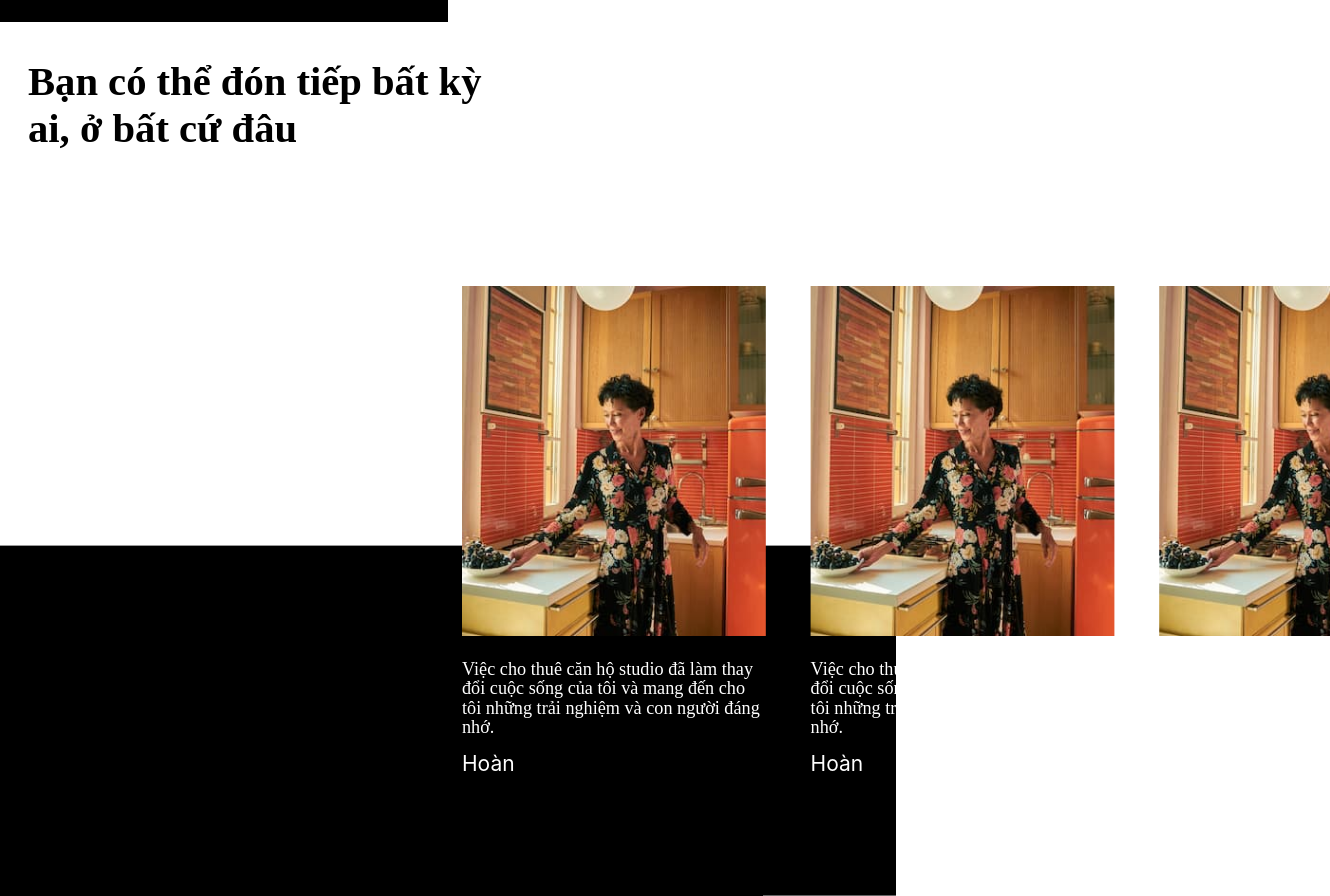
Repository: HoanTiny/AirbnbClone
Page: page3.html
These files come from the project's save history. The page is drawn as it stood at one moment and after the next save; the edit follows.
The browser window is 1280 px wide. The page is 1900 px wide, so the pictures cover 1900 px, including what lies to the right of the window. The pictures show the part of the page from y = 688 to 1968 px (the page is 1968 px tall), at 70% of full size.
Pictures or frames that could not be fetched are drawn as grey boxes.

Above is the page before, as saved 2021-09-13 11:33:12.

### page3.html
<!DOCTYPE html>
<html lang="en">
    <head>
        <meta charset="UTF-8" />
        <meta http-equiv="X-UA-Compatible" content="IE=edge" />
        <meta name="viewport" content="width=device-width, initial-scale=1.0" />
        <link rel="stylesheet" href="./acess/css/mainpage3.css" />
        <link rel="stylesheet" href="./acess/css/gird.css" />
        <link rel="stylesheet" href="./acess/css/base.css" />
        <link rel="stylesheet" href="./acess/css/reponsive.css" />
        <link
            rel="stylesheet"
            href="./acess/font/fontawesome-free-5.15.3-web/css/all.min.css"
        />
        <title>Cho thuê nhà</title>
    </head>
    <body>
        <div class="app-p3">
            <div class="banner">
                <div class="banner__left">
                    <div class="banner__left-img">
                        <svg
                            width="30"
                            height="32"
                            fill="currentcolor"
                            color="#fff"
                            style="display: block"
                        >
                            <path
                                d="M29.24 22.68c-.16-.39-.31-.8-.47-1.15l-.74-1.67-.03-.03c-2.2-4.8-4.55-9.68-7.04-14.48l-.1-.2c-.25-.47-.5-.99-.76-1.47-.32-.57-.63-1.18-1.14-1.76a5.3 5.3 0 00-8.2 0c-.47.58-.82 1.19-1.14 1.76-.25.52-.5 1.03-.76 1.5l-.1.2c-2.45 4.8-4.84 9.68-7.04 14.48l-.06.06c-.22.52-.48 1.06-.73 1.64-.16.35-.32.73-.48 1.15a6.8 6.8 0 007.2 9.23 8.38 8.38 0 003.18-1.1c1.3-.73 2.55-1.79 3.95-3.32 1.4 1.53 2.68 2.59 3.95 3.33A8.38 8.38 0 0022.75 32a6.79 6.79 0 006.75-5.83 5.94 5.94 0 00-.26-3.5zm-14.36 1.66c-1.72-2.2-2.84-4.22-3.22-5.95a5.2 5.2 0 01-.1-1.96c.07-.51.26-.96.52-1.34.6-.87 1.65-1.41 2.8-1.41a3.3 3.3 0 012.8 1.4c.26.4.45.84.51 1.35.1.58.06 1.25-.1 1.96-.38 1.7-1.5 3.74-3.21 5.95zm12.74 1.48a4.76 4.76 0 01-2.9 3.75c-.76.32-1.6.41-2.42.32-.8-.1-1.6-.36-2.42-.84a15.64 15.64 0 01-3.63-3.1c2.1-2.6 3.37-4.97 3.85-7.08.23-1 .26-1.9.16-2.73a5.53 5.53 0 00-.86-2.2 5.36 5.36 0 00-4.49-2.28c-1.85 0-3.5.86-4.5 2.27a5.18 5.18 0 00-.85 2.21c-.13.84-.1 1.77.16 2.73.48 2.11 1.78 4.51 3.85 7.1a14.33 14.33 0 01-3.63 3.12c-.83.48-1.62.73-2.42.83a4.76 4.76 0 01-5.32-4.07c-.1-.8-.03-1.6.29-2.5.1-.32.25-.64.41-1.02.22-.52.48-1.06.73-1.6l.04-.07c2.16-4.77 4.52-9.64 6.97-14.41l.1-.2c.25-.48.5-.99.76-1.47.26-.51.54-1 .9-1.4a3.32 3.32 0 015.09 0c.35.4.64.89.9 1.4.25.48.5 1 .76 1.47l.1.2c2.44 4.77 4.8 9.64 7 14.41l.03.03c.26.52.48 1.1.73 1.6.16.39.32.7.42 1.03.19.9.29 1.7.19 2.5z"
                            ></path>
                        </svg>
                    </div>
                    <div class="banner__left-conttent">
                        <h1 class="banner__left-heading">
                            Đón tiếp khách làm nên linh hồn của Airbnb
                        </h1>
                        <button class="banner__left-btn">
                            Thử đón tiếp khách
                        </button>
                    </div>
                    <i class="fas fa-chevron-down banner__left-icon"></i>
                </div>
                <div class="banner-right">
                    <video
                        id="video"
                        src="./acess/img/Cho thuê nhà trên Airbnb.webm"
                        class="banner__right-video"
                        autoplay
                        crossorigin="anonymous"
                        playsinline
                        preload="auto"
                        aria-label="Chelsea, Chủ nhà ở Philadelphia, mỉm cười khi mở cửa. Soraya, Chủ nhà ở Mumbai, mỉm cười khi mở cửa trước cùng một người khác ở bên cạnh. Mohamed, Chủ nhà ở Johannesburg, mỉm cười khi mở cửa. Maria, Chủ nhà ở Mexico City, gật đầu mỉm cười khi mang cây đi."
                    ></video>
                </div>
            </div>
            <div class="content">
                <div class="content__heading">
                    <div class="grid wide">
                        <h2 class="content__heading-top">
                            Bạn có thể đón tiếp bất kỳ ai, ở bất cứ đâu
                        </h2>
                    </div>
                    <div class="grid wide">
                        <div class="content__home">
                            <div class="home__img">
                                <div class="home__img-home__product">
                                    <img src="./acess/img/home-p3.jpg" class="img content__home-img"></img>
                                </div>
                                <div class="home__img-home__product-text">
                                    <p class="home__img-text">Việc cho thuê căn hộ studio đã làm thay đổi cuộc sống của tôi và mang đến cho tôi những trải nghiệm và con người đáng nhớ.</p>
                                    <p class="home__img-text-end">Hoàn</p>
                                </div>
                            </div>
                            <div class="home__img">
                                <div class="home__img-home__product">
                                    <img src="./acess/img/home-p3.jpg" class="img content__home-img"></img>
                                </div>
                                <div class="home__img-home__product-text">
                                    <p class="home__img-text">Việc cho thuê căn hộ studio đã làm thay đổi cuộc sống của tôi và mang đến cho tôi những trải nghiệm và con người đáng nhớ.</p>
                                    <p class="home__img-text-end">Hoàn</p>
                                </div>
                            </div>
                            <div class="home__img">
                                <div class="home__img-product-img">
                                    <img src="./acess/img/home-p3.jpg" class="img content__home-img"></img>
                                </div>
                                <div class="home__img-product-text">
                                    <p class="home__img-text">Việc cho thuê căn hộ studio đã làm thay đổi cuộc sống của tôi và mang đến cho tôi những trải nghiệm và con người đáng nhớ.</p>
                                    <p class="home__img-text-end">Hoàn</p>
                                </div>
                            </div>
                            <div class="home__img">
                                <div class="home__img-home__product">
                                    <img src="./acess/img/home-p3.jpg" class="img content__home-img"></img>
                                </div>
                                <div class="home__img-home__product-text">
                                    <p class="home__img-text">Việc cho thuê căn hộ studio đã làm thay đổi cuộc sống của tôi và mang đến cho tôi những trải nghiệm và con người đáng nhớ.</p>
                                    <p class="home__img-text-end">Hoàn</p>
                                </div>
                            </div>
                        </div>
                    </div>
                </div>
                <div class="content__search"></div>
            </div>
        </div>
        <script>
            var videoPlayer = document.getElementById("video");
            // Auto play, half volume.
            videoPlayer.play();
            videoPlayer.volume = 0.5;

            // Play / pause.
            videoPlayer.addEventListener("click", function () {
                if (videoPlayer.paused == false) {
                    videoPlayer.pause();
                    videoPlayer.firstChild.nodeValue = "Play";
                } else {
                    videoPlayer.play();
                    videoPlayer.firstChild.nodeValue = "Pause";
                }
            });
        </script>
    </body>
</html>

### acess/css/mainpage3.css
body {
    margin: 0;
}

.banner {
    height: 100vh;
    display: flex;
    justify-content: center;
}
.banner__left {
    width: 50%;
    background-color: #000;
    position: relative;
}
.banner__left-img {
    padding: 24px;
}
.banner__left-conttent {
    display: flex;
    flex-direction: column;
    align-items: center;
    justify-content: center;
    position: absolute;
    top: 50%;
    left: 50%;
    transform: translate(-50%, -50%);
    width: fit-content;
}
.banner__left-heading {
    color: #fff;
    text-align: center;
    font-size: 6.8rem;
    line-height: 7rem;
    padding: 12px 24px;
    font-weight: 500;
}
.banner__left-btn {
    padding: 18px 32px;
    font-size: 1.8rem;
    border-radius: 12px;
    background-image: linear-gradient(
        to right,
        rgb(229, 29, 80),
        rgb(220, 14, 100)
    );
    color: var(--white-color);
    border: none;
    cursor: pointer;
}

.banner__left-icon {
    color: var(--white-color);
    position: absolute;
    bottom: 32px;
    font-size: 1.5rem;
    left: 50%;
    padding: 12px;
    margin-left: -12px;
    border-radius: 50%;
    cursor: pointer;
}

.banner__left-icon:hover {
    background-color: #999;
}

.banner-right {
    width: 50%;
}

.banner__right-video {
    object-fit: cover;
    object-position: center top;
    width: 100%;
    height: 100%;
}

.content__heading {
    position: relative;
    height: 700px;
}

.content__heading-top {
    margin-top: 48px;
    font-size: 5.8rem;
    line-height: 6.8rem;
    text-align: left;
    width: 60%;
}

.content__home {
    position: absolute;
    bottom: -50%;
    max-width: 100%;
    overflow-x: auto;
    flex-wrap: nowrap;
    display: flex;
    transform: translate(50%);
}

.content__home::-webkit-scrollbar {
    display: none;
}

.home__img {
    flex-shrink: 0;
    width: 35%;
    margin-right: 64px;
}

.home__img-product-text {
    margin-top: 24px;
}

.home__img-text {
    color: var(--white-color);
    font-size: 2.6rem;
    line-height: 2.8rem;
}

.home__img-text-end {
    color: var(--white-color);
    font-size: 3rem;
    font-family: -apple-system, BlinkMacSystemFont, "Segoe UI", Roboto,
        sans-serif;
}

.content__home-img {
    width: 100%;
    height: 100%;
    object-fit: cover;
}

.content__search {
    background-color: #000;
    height: 500px;
}

### acess/css/gird.css
.grid {
    width: 100%;
    display: block;
    padding: 0;
}

.grid.wide {
    max-width: 1200px;
    margin: 0 auto;
}

.row {
    display: flex;
    flex-wrap: wrap;
    margin-left: -8px;
    margin-right: -8px;
}

.row.no-gutters {
    margin-left: 0;
    margin-right: 0;
}

.col {
    padding-left: 12px;
    padding-right: 12px;
}

.row.no-gutters .col {
    padding-left: 0;
    padding-right: 0;
}

.c-0 {
    display: none;
}

.c-1 {
    flex: 0 0 8.33333%;
    max-width: 8.33333%;
}

.c-2 {
    flex: 0 0 16.66667%;
    max-width: 16.66667%;
}

.c-3 {
    flex: 0 0 25%;
    max-width: 25%;
}

.c-4 {
    flex: 0 0 33.33333%;
    max-width: 33.33333%;
}

.c-5 {
    flex: 0 0 41.66667%;
    max-width: 41.66667%;
}

.c-6 {
    flex: 0 0 50%;
    max-width: 50%;
}

.c-7 {
    flex: 0 0 58.33333%;
    max-width: 58.33333%;
}

.c-8 {
    flex: 0 0 66.66667%;
    max-width: 66.66667%;
}

.c-9 {
    flex: 0 0 75%;
    max-width: 75%;
}

.c-10 {
    flex: 0 0 83.33333%;
    max-width: 83.33333%;
}

.c-11 {
    flex: 0 0 91.66667%;
    max-width: 91.66667%;
}

.c-12 {
    flex: 0 0 100%;
    max-width: 100%;
}

.c-o-1 {
    margin-left: 8.33333%;
}

.c-o-2 {
    margin-left: 16.66667%;
}

.c-o-3 {
    margin-left: 25%;
}

.c-o-4 {
    margin-left: 33.33333%;
}

.c-o-5 {
    margin-left: 41.66667%;
}

.c-o-6 {
    margin-left: 50%;
}

.c-o-7 {
    margin-left: 58.33333%;
}

.c-o-8 {
    margin-left: 66.66667%;
}

.c-o-9 {
    margin-left: 75%;
}

.c-o-10 {
    margin-left: 83.33333%;
}

.c-o-11 {
    margin-left: 91.66667%;
}

/* >= Tablet */
@media (min-width: 740px) {
    .row {
        margin-left: -4px;
        margin-right: -4px;
    }

    .col {
        padding-left: 4px;
        padding-right: 4px;
    }

    .m-0 {
        display: none;
    }

    .m-1,
    .m-2,
    .m-3,
    .m-4,
    .m-5,
    .m-6,
    .m-7,
    .m-8,
    .m-9,
    .m-10,
    .m-11,
    .m-12 {
        display: block;
    }

    .m-1 {
        flex: 0 0 8.33333%;
        max-width: 8.33333%;
    }

    .m-2 {
        flex: 0 0 16.66667%;
        max-width: 16.66667%;
    }

    .m-3 {
        flex: 0 0 25%;
        max-width: 25%;
    }

    .m-4 {
        flex: 0 0 33.33333%;
        max-width: 33.33333%;
    }

    .m-5 {
        flex: 0 0 41.66667%;
        max-width: 41.66667%;
    }

    .m-6 {
        flex: 0 0 50%;
        max-width: 50%;
    }

    .m-7 {
        flex: 0 0 58.33333%;
        max-width: 58.33333%;
    }

    .m-8 {
        flex: 0 0 66.66667%;
        max-width: 66.66667%;
    }

    .m-9 {
        flex: 0 0 75%;
        max-width: 75%;
    }

    .m-10 {
        flex: 0 0 83.33333%;
        max-width: 83.33333%;
    }

    .m-11 {
        flex: 0 0 91.66667%;
        max-width: 91.66667%;
    }

    .m-12 {
        flex: 0 0 100%;
        max-width: 100%;
    }

    .m-o-1 {
        margin-left: 8.33333%;
    }

    .m-o-2 {
        margin-left: 16.66667%;
    }

    .m-o-3 {
        margin-left: 25%;
    }

    .m-o-4 {
        margin-left: 33.33333%;
    }

    .m-o-5 {
        margin-left: 41.66667%;
    }

    .m-o-6 {
        margin-left: 50%;
    }

    .m-o-7 {
        margin-left: 58.33333%;
    }

    .m-o-8 {
        margin-left: 66.66667%;
    }

    .m-o-9 {
        margin-left: 75%;
    }

    .m-o-10 {
        margin-left: 83.33333%;
    }

    .m-o-11 {
        margin-left: 91.66667%;
    }
}

/* PC medium resolution > */
@media (min-width: 1113px) {
    .row {
        margin-left: -12px;
        margin-right: -12px;
    }

    .row.sm-gutter {
        margin-left: -5px;
        margin-right: -5px;
    }

    .col {
        padding-left: 12px;
        padding-right: 12px;
    }

    .row.sm-gutter .col {
        padding-left: 5px;
        padding-right: 5px;
    }

    .l-0 {
        display: none;
    }

    .l-1,
    .l-2,
    .l-2-4,
    .l-3,
    .l-4,
    .l-5,
    .l-6,
    .l-7,
    .l-8,
    .l-9,
    .l-10,
    .l-11,
    .l-12 {
        display: block;
    }

    .l-1 {
        flex: 0 0 8.33333%;
        max-width: 8.33333%;
    }

    .l-2 {
        flex: 0 0 16.66667%;
        max-width: 16.66667%;
    }

    .l-2-4 {
        flex: 0 0 20%;
        max-width: 20%;
    }

    .l-3 {
        flex: 0 0 25%;
        max-width: 25%;
    }

    .l-4 {
        flex: 0 0 33.33333%;
        max-width: 33.33333%;
    }

    .l-5 {
        flex: 0 0 41.66667%;
        max-width: 41.66667%;
    }

    .l-6 {
        flex: 0 0 50%;
        max-width: 50%;
    }

    .l-7 {
        flex: 0 0 58.33333%;
        max-width: 58.33333%;
    }

    .l-8 {
        flex: 0 0 66.66667%;
        max-width: 66.66667%;
    }

    .l-9 {
        flex: 0 0 75%;
        max-width: 75%;
    }

    .l-10 {
        flex: 0 0 83.33333%;
        max-width: 83.33333%;
    }

    .l-11 {
        flex: 0 0 91.66667%;
        max-width: 91.66667%;
    }

    .l-12 {
        flex: 0 0 100%;
        max-width: 100%;
    }

    .l-o-1 {
        margin-left: 8.33333%;
    }

    .l-o-2 {
        margin-left: 16.66667%;
    }

    .l-o-3 {
        margin-left: 25%;
    }

    .l-o-4 {
        margin-left: 33.33333%;
    }

    .l-o-5 {
        margin-left: 41.66667%;
    }

    .l-o-6 {
        margin-left: 50%;
    }

    .l-o-7 {
        margin-left: 58.33333%;
    }

    .l-o-8 {
        margin-left: 66.66667%;
    }

    .l-o-9 {
        margin-left: 75%;
    }

    .l-o-10 {
        margin-left: 83.33333%;
    }

    .l-o-11 {
        margin-left: 91.66667%;
    }
}

/* Tablet - PC low resolution */
@media (min-width: 740px) and (max-width: 1023px) {
    .wide {
        width: 644px;
    }
}

/* > PC low resolution */
@media (min-width: 1024px) and (max-width: 1239px) {
    .wide {
        width: 984px;
    }

    .wide .row {
        margin-left: -12px;
        margin-right: -12px;
    }

    .wide .row.sm-gutter {
        margin-left: -5px;
        margin-right: -5px;
    }

    .wide .col {
        padding-left: 12px;
        padding-right: 12px;
    }

    .wide .row.sm-gutter .col {
        padding-left: 5px;
        padding-right: 5px;
    }

    .wide .l-0 {
        display: none;
    }

    .wide .l-1,
    .wide .l-2,
    .wide .l-2-4,
    .wide .l-3,
    .wide .l-4,
    .wide .l-5,
    .wide .l-6,
    .wide .l-7,
    .wide .l-8,
    .wide .l-9,
    .wide .l-10,
    .wide .l-11,
    .wide .l-12 {
        display: block;
    }

    .wide .l-1 {
        flex: 0 0 8.33333%;
        max-width: 8.33333%;
    }

    .wide .l-2 {
        flex: 0 0 16.66667%;
        max-width: 16.66667%;
    }

    .wide .l-2-4 {
        flex: 0 0 20%;
        max-width: 20%;
    }

    .wide .l-3 {
        flex: 0 0 25%;
        max-width: 25%;
    }

    .wide .l-4 {
        flex: 0 0 33.33333%;
        max-width: 33.33333%;
    }

    .wide .l-5 {
        flex: 0 0 41.66667%;
        max-width: 41.66667%;
    }

    .wide .l-6 {
        flex: 0 0 50%;
        max-width: 50%;
    }

    .wide .l-7 {
        flex: 0 0 58.33333%;
        max-width: 58.33333%;
    }

    .wide .l-8 {
        flex: 0 0 66.66667%;
        max-width: 66.66667%;
    }

    .wide .l-9 {
        flex: 0 0 75%;
        max-width: 75%;
    }

    .wide .l-10 {
        flex: 0 0 83.33333%;
        max-width: 83.33333%;
    }

    .wide .l-11 {
        flex: 0 0 91.66667%;
        max-width: 91.66667%;
    }

    .wide .l-12 {
        flex: 0 0 100%;
        max-width: 100%;
    }

    .wide .l-o-1 {
        margin-left: 8.33333%;
    }

    .wide .l-o-2 {
        margin-left: 16.66667%;
    }

    .wide .l-o-3 {
        margin-left: 25%;
    }

    .wide .l-o-4 {
        margin-left: 33.33333%;
    }

    .wide .l-o-5 {
        margin-left: 41.66667%;
    }

    .wide .l-o-6 {
        margin-left: 50%;
    }

    .wide .l-o-7 {
        margin-left: 58.33333%;
    }

    .wide .l-o-8 {
        margin-left: 66.66667%;
    }

    .wide .l-o-9 {
        margin-left: 75%;
    }

    .wide .l-o-10 {
        margin-left: 83.33333%;
    }

    .wide .l-o-11 {
        margin-left: 91.66667%;
    }
}

### acess/css/base.css
:root {
    --white-color:#fff;
    --black-color: #000;
    --text-color: #333;
}

* {
    box-sizing: inherit;
}

html {
    /* font-family: Circular, -apple-system, BlinkMacSystemFont, Roboto, "Helvetica Neue", sans-serif; */
    font-family: 'Font Awesome 5 Free';
    box-sizing: border-box;
    font-size: 62.5%;
    line-height: 1.8rem;
}

### acess/css/reponsive.css
@media (min-width: 723px) and (max-width: 1023px) {
    .hold-on-mobile-tablet {
        display: none;
    }
    .background {
        background-position: unset;
    }

    .header__nav-list-tablet {
        display: flex;
    }

    .search {
        margin: 0;
    }

    .search__item:first-of-type {
        padding-left: 32px;
    }

    .search__item {
        margin: 0;
        padding: 12px;
    }

    .home__product-tablet {
        height: 140px;
        overflow: hidden;
        display: -webkit-box;
        -webkit-line-clamp: 2;
    }

    .home__category-tablet {
        display: flex;
        max-width: 100%;
        overflow-x: auto;
        flex-wrap: nowrap;
    }

    .home__category-tablet::-webkit-scrollbar {
        display: none;
    }

    .home__category-item-tablet {
        width: 33.3333%;
        flex-shrink: 0;
    }

    .footer-end {
        flex-direction: column-reverse;
    }

    .footer__end-social-list{
        display: flex;
        justify-content: center;
    }

    .footer__end-copyright-list{
        flex-wrap: wrap;
        justify-content: center;
    }

    .footer__end-copyright__item:first-of-type {
        width: 100%;
        text-align: center;
        margin-bottom: 4px;
    }

    .header__nav-scrollba-btn {
        margin-left: auto;
    }

}

@media (max-width: 723px)
{
    .hold-on-mobile {
        display: none;
    }

    .search {
        display: none;
    }
    .header__nav {
        display: none;
    }

    .header__mobile{
        display: flex;
    }

    .footer {
        text-align: center;
    }

    .home__category-tablet {
        display: flex;
        max-width: 100%;
        overflow-x: auto;
        flex-wrap: nowrap;
    }

    .home__category-tablet::-webkit-scrollbar {
        display: none;
    }

    .home__category-item-tablet {
        width: 33.3333%;
        flex-shrink: 0;
    }

    #header__nav-scrollbar {
        display: none;
    }

    .header__mobile {
        position: fixed;
        top: 0px;
        left: 0;
        right: 0;
        z-index: 12;
        align-items: center;
    }

    .header__mobile-btn {
        border: none;
        background-color: rgb(247, 247, 247);
        box-shadow: none;
        top: 20;
    }

    .web__content-heading {
        font-size: 2.2rem;
        line-height: 2.6rem;
    }

    .home__category-next {
        display: none;
    }

    .home__category-return--active {
        display: none;
    }

    .home__experience-mobile {
        display: flex;
        max-width: 100%;
        overflow-x: auto;
        flex-wrap: nowrap;
    }

    .home__experience-mobile::-webkit-scrollbar {
        display: none;
    }

    .home__experience-mobile-item {
        width: 75%;
        flex-shrink: 0;
    }

    path {
        display: none;
    }
    .search-where {
        display: block;
        position: revert;
    }

    .search-where-icon {
        display: none;
    }

    /* Page 2 */

    .home-place__item-img {
        height: 345px;
    }

    .menu-list__item {
        border: none;
    }

    .header-page2 {
        border-bottom: none;
    }

    .header__mobile-page2 {
        display: block;
    }

    .home-place {
        margin-top: 115px;
    }

}

Loaded but not shown: acess/font/fontawesome-free-5.15.3-web/css/all.min.css (library)

After the next save:
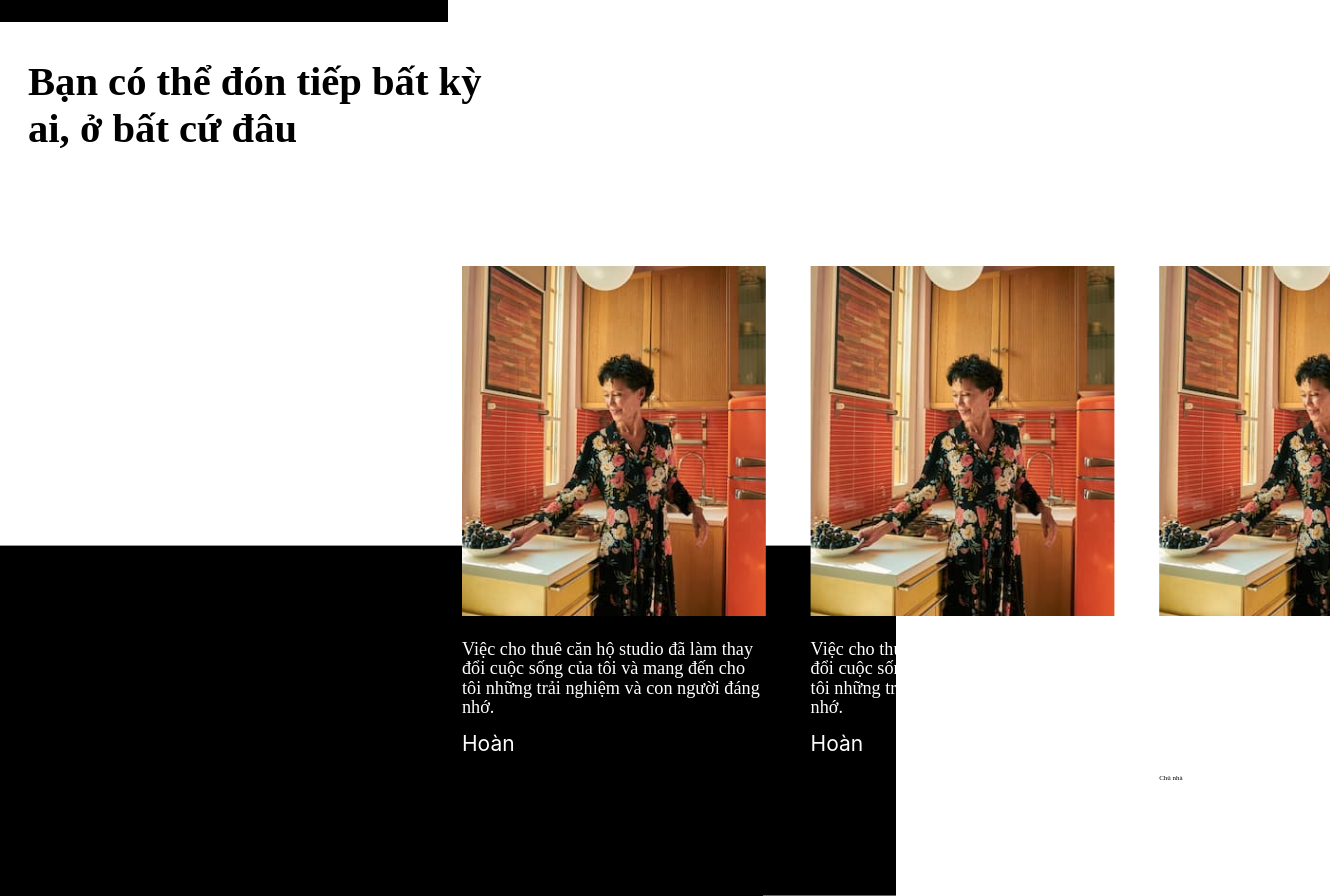
Saved 2 min 5 s later.
--- a/page3.html
+++ b/page3.html
@@ -88,6 +88,7 @@
                                 <div class="home__img-product-text">
                                     <p class="home__img-text">Việc cho thuê căn hộ studio đã làm thay đổi cuộc sống của tôi và mang đến cho tôi những trải nghiệm và con người đáng nhớ.</p>
                                     <p class="home__img-text-end">Hoàn</p>
+                                    <p class="home__img-text-admin-home">Chủ nhà</p>
                                 </div>
                             </div>
                             <div class="home__img">
